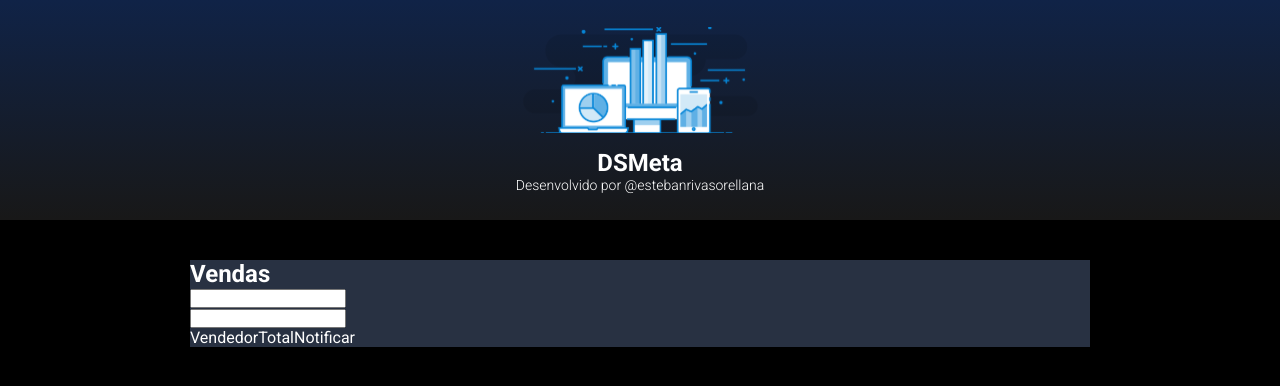
Repository: estebanrivas/dsmeta-css
Page: index.html
The author's editor kept a copy of each file at every save. The page is drawn from the files as they stood at one save, then again after the next save.
The browser window is 1280 px wide. The pictures show the whole page.

Above is the page before, as saved 2022-09-08 21:35:31.

After the next save:
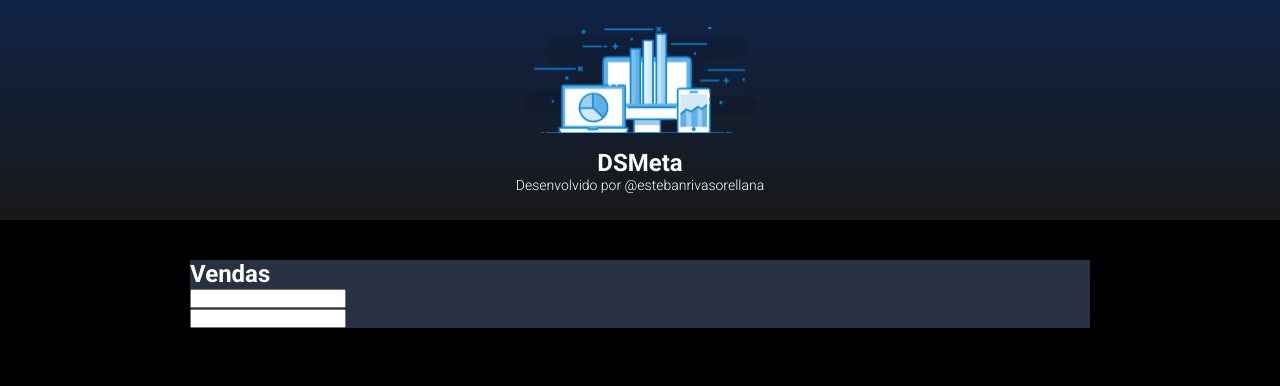
Saved 18 s later.
--- a/index.html
+++ b/index.html
@@ -39,9 +39,7 @@
                     <div>
                         <table>
                             <thead>
-                                <tr>Vendedor</tr>
-                                <tr>Total</tr>
-                                <tr>Notificar</tr>
+
                             </thead>
                         </table>
                     </div>
